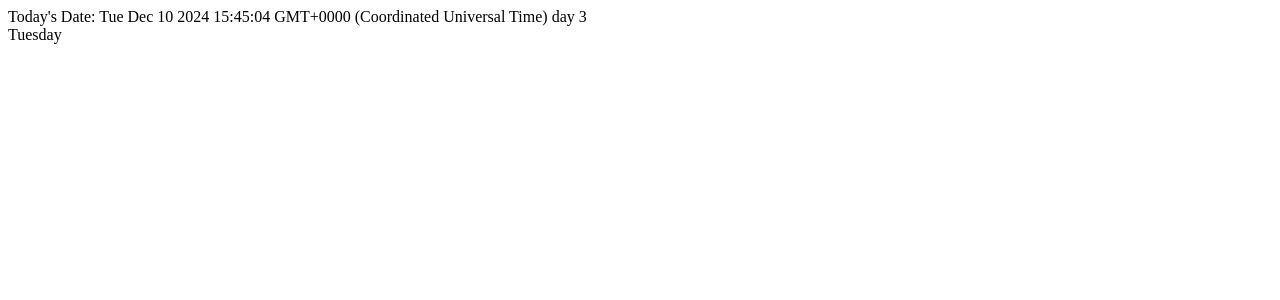
Repository: not-midozayn/JavaScript-Practice
Page: html-css-js-bootstrap labs solutions/CSTD lab 5/3.html
The author's editor kept a copy of each file at every save. The page is drawn from the files as they stood at one save, then again after a run of saves.
The browser window is 1280 px wide. The pictures show the whole page.

Above is the page before, as saved 2025-05-18 20:53:17.

### html-css-js-bootstrap labs solutions/CSTD lab 5/3.html
<!DOCTYPE html>
<html lang="en">
<head>

    <title>3</title>
</head>
<body>
    <script>
        var Days = ["Sunday","Monday","Tuesday","Wednesday","thursday","Friday","saturday"]
        var today = new Date();
        var day = today.getDay();
        document.write(`Today's Date: ${today} day ${day+1}<br>`);
        document.write(Days[day]);
    </script>
</body>
</html>

After the next 2 saves:
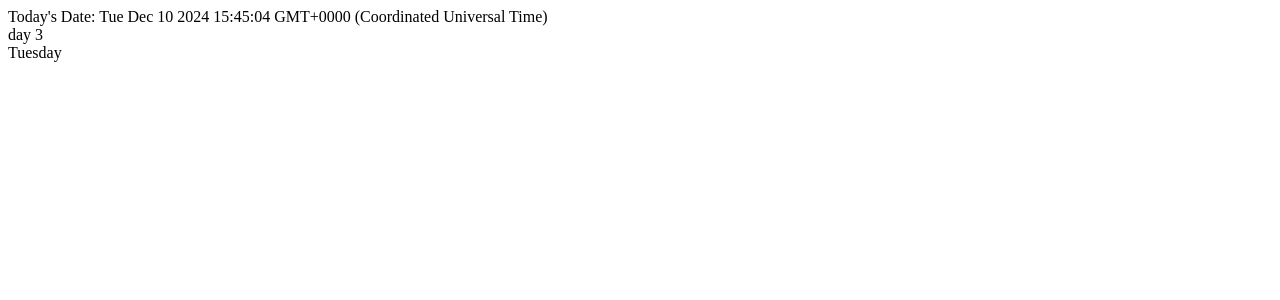
The 2 saves are shown as one change because they came seconds apart.
The last was saved 14 s later.
--- a/html-css-js-bootstrap labs solutions/CSTD lab 5/3.html
+++ b/html-css-js-bootstrap labs solutions/CSTD lab 5/3.html
@@ -9,7 +9,7 @@
         var Days = ["Sunday","Monday","Tuesday","Wednesday","thursday","Friday","saturday"]
         var today = new Date();
         var day = today.getDay();
-        document.write(`Today's Date: ${today} day ${day+1}<br>`);
+        document.write(`Today's Date: ${today}</br> day ${day+1}<br>`);
         document.write(Days[day]);
     </script>
 </body>
